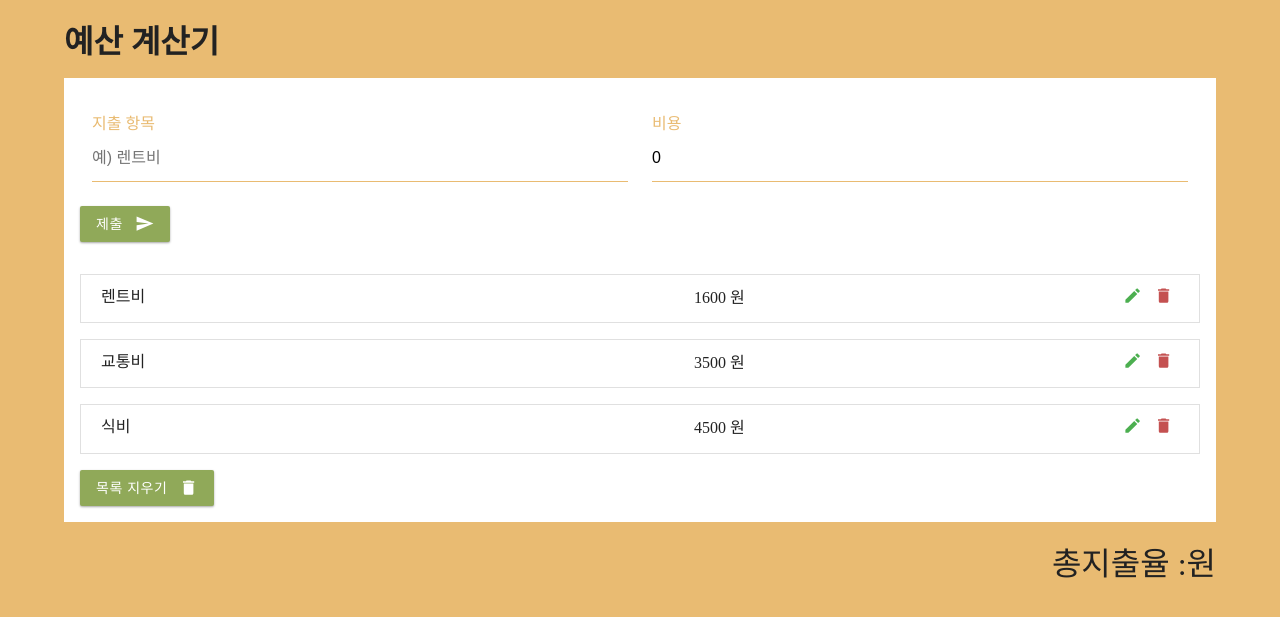
Repository: jongheonleee/budget_calculator
Page: /
These files come from the project's save history. The page is drawn as it stood at one moment and after the next save; the edit follows.
The browser window is 1280 px wide. The pictures show the whole page.
The project was rebuilt for these pictures with package versions that can differ from the ones it lists, and the page was loaded fresh each time. Also part of the build but not shown: src/components/Alert.css, src/components/Alert.js.

Above is the page before, as saved 2025-02-11 10:07:08.

After the next save:
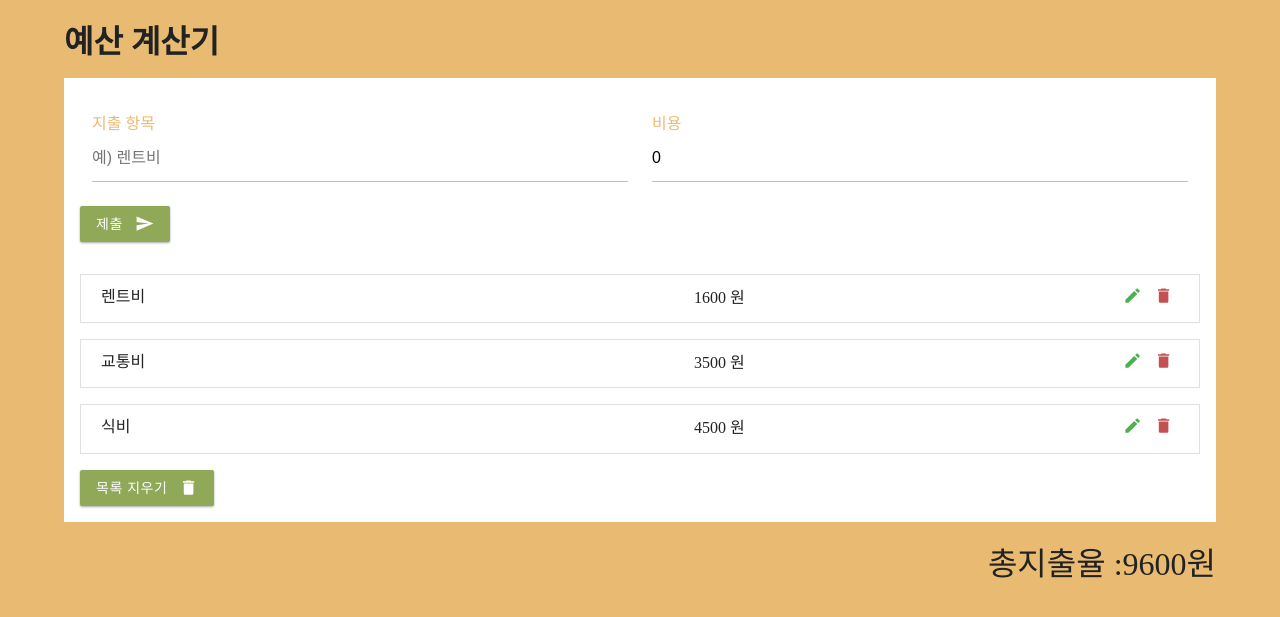
Saved 2 min 8 s later.
--- a/src/App.js
+++ b/src/App.js
@@ -103,7 +103,11 @@ const App = () => {
         <div style={{ display : 'flex', justifyContent: 'end', marginTop: '1rem'}}>
           <p style={{ fontSize : '2rem'}}>
             총지출율 :
-            <span>원</span>
+            <span>
+              {expenses.reduce((acc, curr) => {
+                return (acc + curr.amount);
+              }, 0)}
+              원</span>
           </p>
         </div>
       </main>
